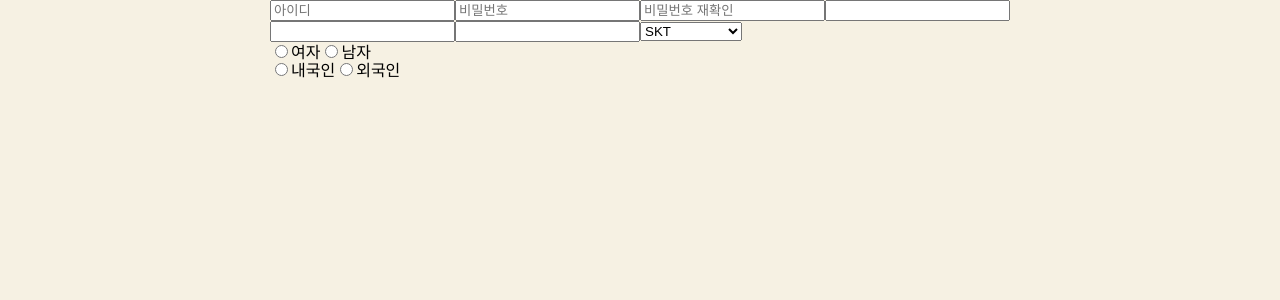
Repository: LeeYuNa0402/pokemon_vite
Page: /CreateAccount
An editor plug-in stored every save of this project. The page is shown before and after the next save, followed by the edit.
The browser window is 1280 px wide. The pictures show the whole page.
The project was rebuilt for these pictures with package versions that can differ from the ones it lists, and the page was loaded fresh each time. Also part of the build but not shown: vite.config.ts, src/CombineMenu.tsx, src/Loading.tsx, src/PokemonList.tsx, src/App.tsx, src/css/pokemon_type.css, src/PokemonDetail.tsx, src/Login.tsx and 1 more.

Above is the page before, as saved 2023-10-17 14:51:31.

After the next save:
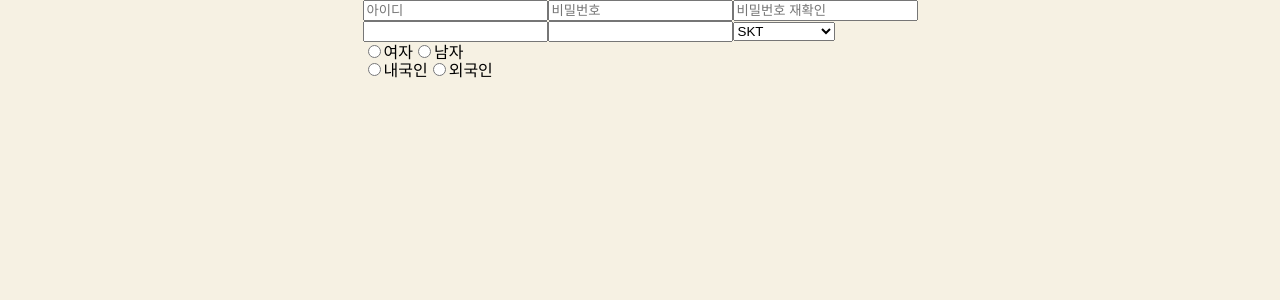
Saved 72 s later.
--- a/src/CreateAccount.tsx
+++ b/src/CreateAccount.tsx
@@ -5,7 +5,6 @@
         <input type="text" placeholder="아이디" />
         <input type="password" placeholder="비밀번호" />
         <input type="password" placeholder="비밀번호 재확인" />
-        <input type="text" />
       </form>
 
       <form>
